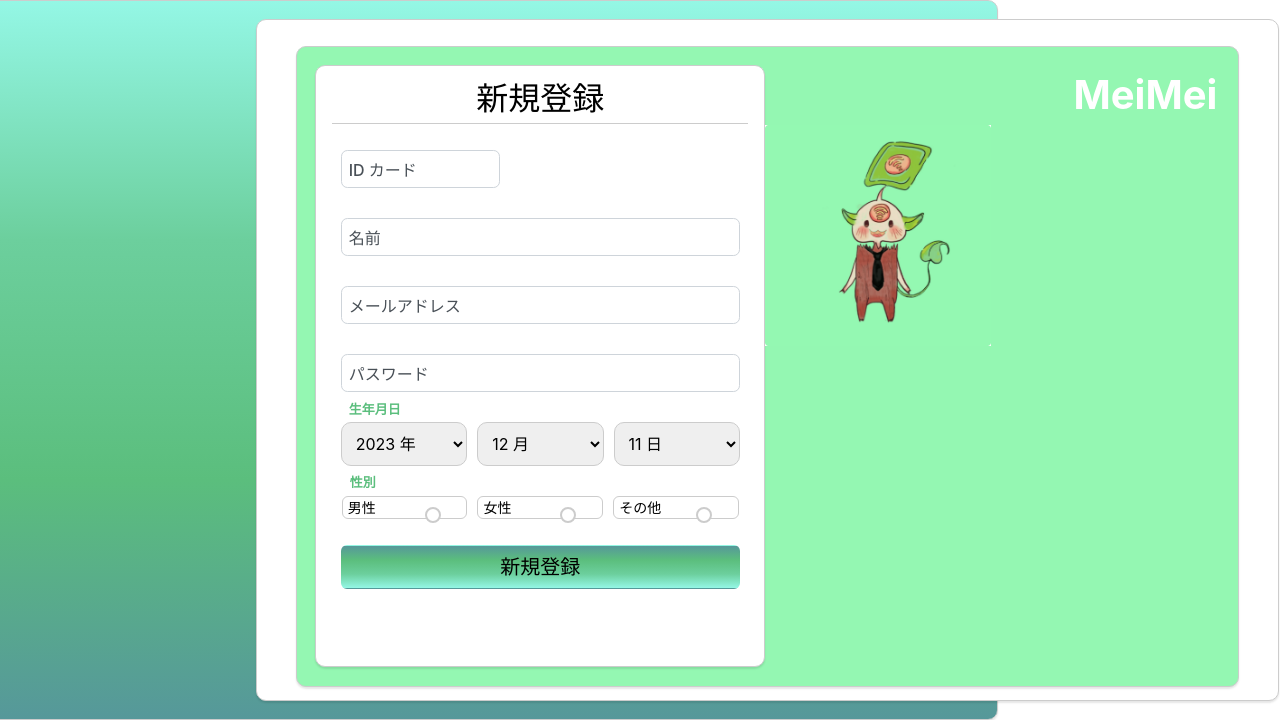
Repository: 3conangxindep/MeiMei
Page: /signUpPage (app in client/)
These files come from the project's save history. The page is drawn as it stood at one moment and after the next save; the edit follows.
The browser window is 1280 px wide. The pictures show the whole page.
The project was rebuilt for these pictures with package versions that can differ from the ones it lists, and the page was loaded fresh each time. Also part of the build but not shown: client/src/App.css, client/src/components/LoginPage/LoginPage.jsx, client/src/components/HomePage/HeaderPage/ShowMenu.css, client/src/components/HomePage/HeaderPage/ShowMenu.jsx, client/src/components/HomePage/HeaderPage/NotifiCation.css, client/src/components/HomePage/HeaderPage/NotifiCation.jsx, client/src/components/HomePage/HeaderPage/Header.css, client/src/components/HomePage/HeaderPage/Header.jsx and 22 more.

Above is the page before, as saved 2023-12-16 05:08:44.

After the next save:
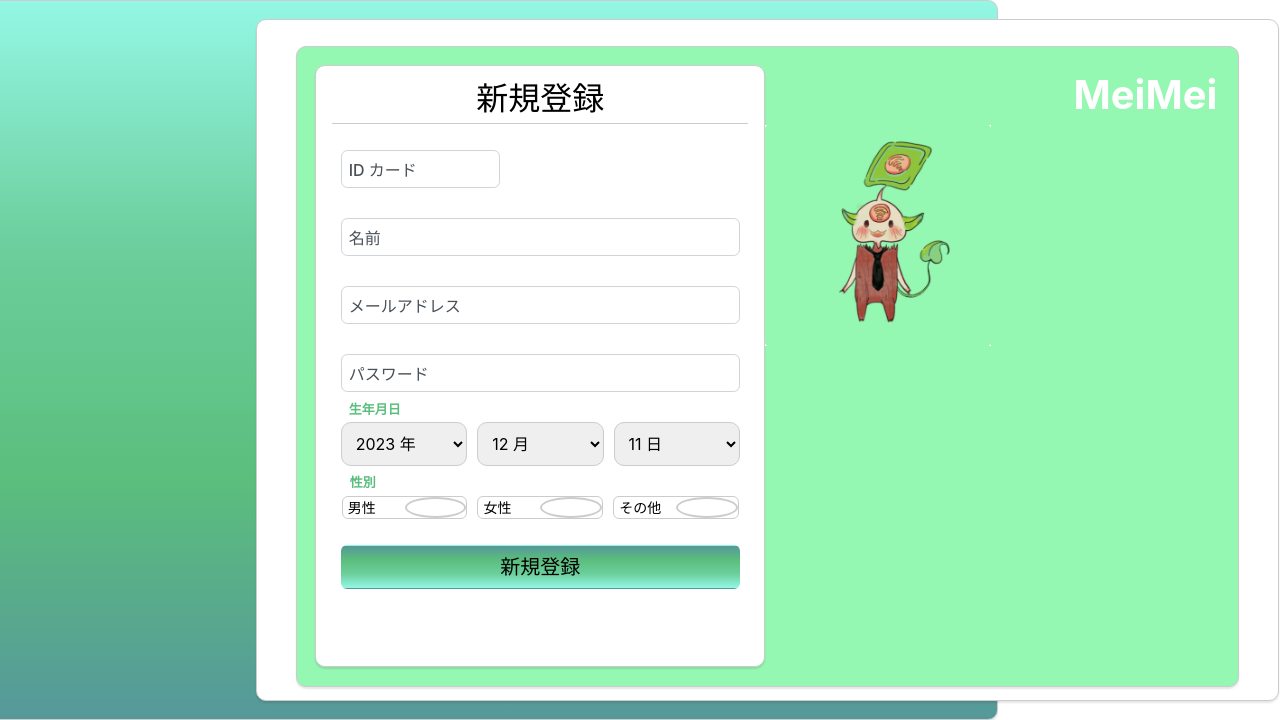
Saved 23 s later.
--- a/client/src/components/SignUpPage/GenderTheme.css
+++ b/client/src/components/SignUpPage/GenderTheme.css
@@ -36,15 +36,14 @@
   .GenderInput {
     top:10px;
     appearance: none;
-    width: 16px;
-    height: 16px;
+    /* width: 16px;
+    height: 16px; */
     border: 2px solid #ccc;
     border-radius: 50%;
     background-color: white;
-    position: relative;
     transition: border-color 0.15s ease-in-out;
     cursor: pointer;
-    margin-left: 20px;
+    /* margin-left: 20px; */
   }
 
   .GenderInput:checked::before {
@@ -61,6 +60,6 @@
 
   .GenderInput:focus {
     border-color: #56989A;
-    box-shadow: 0 0 0 0.2rem rgba(0, 123, 255, 0.25);
+    box-shadow: 0 0 0 0.2rem rgba(0, 255, 123, 0.25);
     background-color: #5BBE7D;
   }
